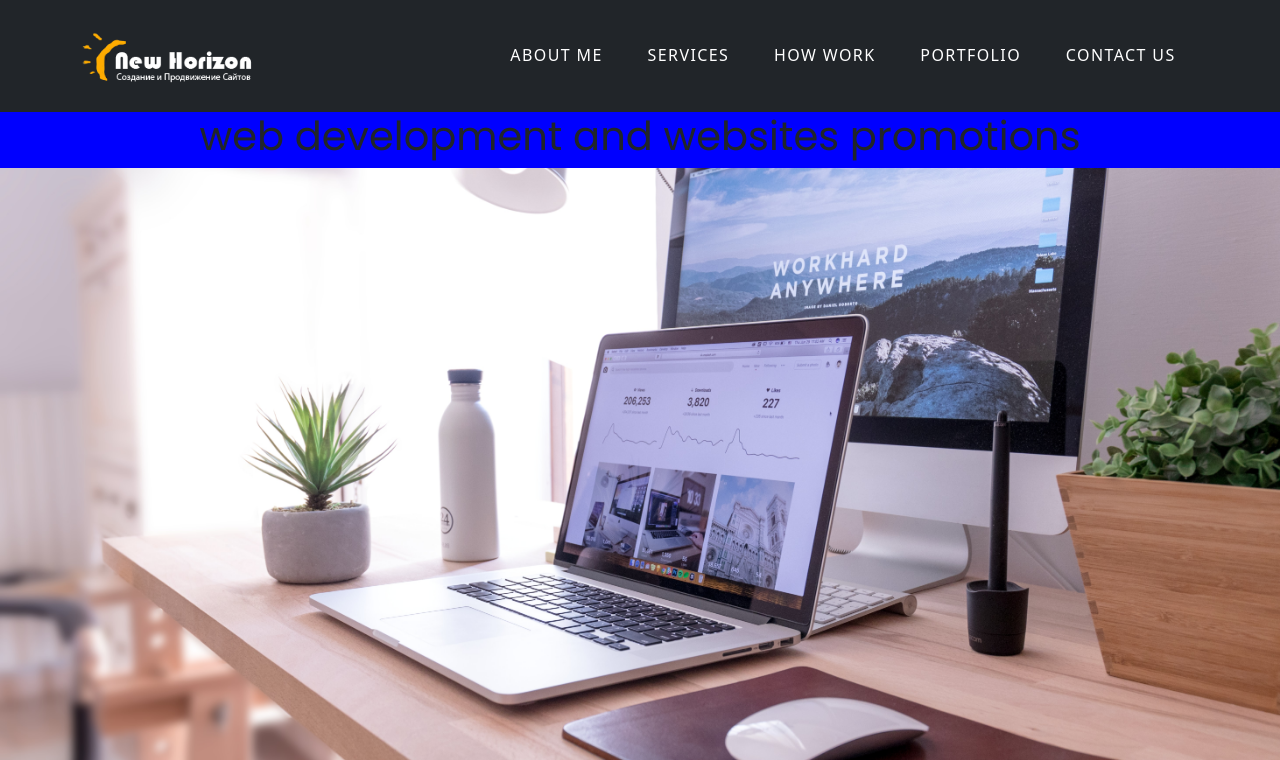
Repository: ahmedibrahimhassan654/React-Bootstrap-5
Page: /
An editor plug-in stored every save of this project. The page is shown before and after a run of saves, followed by the edit.
The browser window is 1280 px wide. The pictures show the whole page.
The project was rebuilt for these pictures with package versions that can differ from the ones it lists, and the page was loaded fresh each time.

Above is the page before, as saved 2021-11-25 05:24:17.

After the next 4 saves:
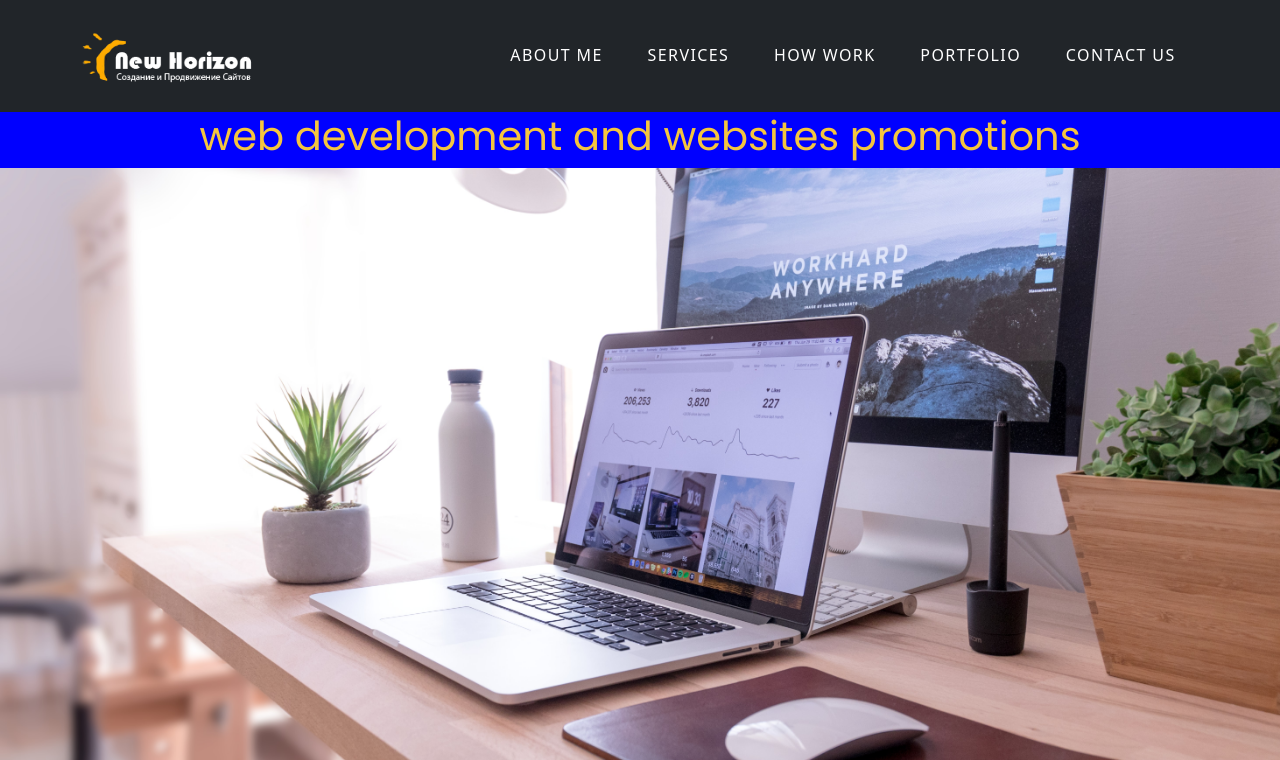
The 4 saves are shown as one change because they came seconds apart.
The last was saved 12 s later.
--- a/src/App.css
+++ b/src/App.css
@@ -60,6 +60,6 @@ nav ul li {
   background-color: blue;
   font-family: "Poppins", sans-serif;
 }
-.maininfo h1{
-
+.maininfo h1 {
+  color: var(--primary-orage);
 }
